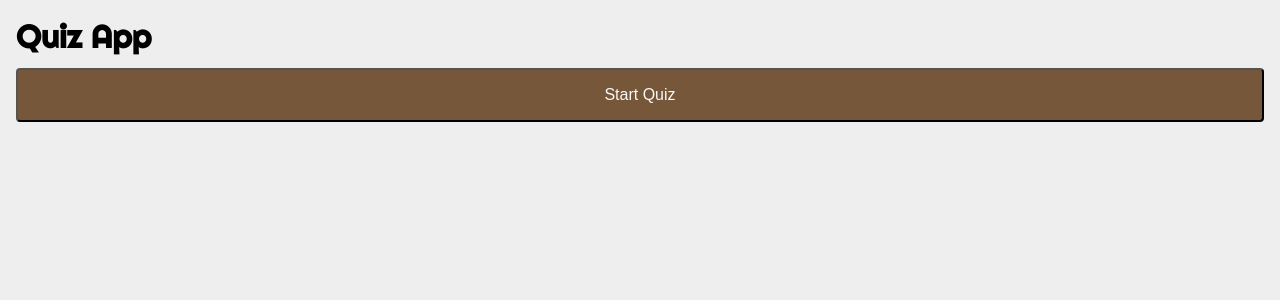
Repository: alemunden/Trash-Scavengers
Page: /QuizBegin
An editor plug-in stored every save of this project. The page is shown before and after the next save, followed by the edit.
The browser window is 1280 px wide. The pictures show the whole page.
The project was rebuilt for these pictures with package versions that can differ from the ones it lists, and the page was loaded fresh each time. The framework's server and built-in components were replaced by stand-ins that run in the browser. Also part of the build but not shown: next.config.mjs, components/Button/Button.module.css.

Above is the page before, as saved 2024-04-07 19:19:34.

### pages/QuizBegin.js
import styles from "@/styles/QuizBegin.module.css";
import Link from 'next/link'
import Button from "@/components/Button";

export default function QuizBegin() {
  return (
      <main className={styles.main}>
        <link rel="preconnect" href="https://fonts.googleapis.com"/>
        <link rel="preconnect" href="https://fonts.gstatic.com" crossorigin/>
        <link href="https://fonts.googleapis.com/css2?family=Righteous&display=swap" rel="stylesheet"/>
        <div>
            <h1 className={styles.quizHeader}>Quiz App</h1>
            <Link href='/quiz'>
                <Button buttonText={'Start Quiz'} bgColor="#765739"/>
            </Link>
        </div>
      </main>
  );
}

### styles/globals.css
:root {
  --white: #eee;
  --black: #000925;
}

* {
    box-sizing: border-box;
    padding: 0;
    margin: 0;
}

html, body {
    overflow-x: hidden;
    background-color: var(--white);
}

main {
    padding: 1rem;
}

h3 {
    padding-bottom: 2rem;
    color: #000105;
    font-size: 1.8rem;
}

button {
    padding: 16px 8px;
    width: 100%;
    margin-top: 12px;
    font-size: 1rem;
    border-radius: 4px;
    cursor: pointer;
    background-color: #808080;
    color: #f8f8f8;
}

.btn-disabled {
    background-color: lightgray;
}

li {
    list-style-type: none;
    cursor: pointer;
    margin: 9px 0;
    padding: 16px 8px;
    color: #000105;
    border: 1px solid lightgray;
}

.liHover:hover {
    background-color: #d8d8d8;
    columns: #fff;
}

.liSelected {
    color: #fff;
    background-color: #000925;
}

.container {
    max-width: 740px;
    width: 100%;
    margin: auto;
    padding: 1rem;
}

.quizContainer {
    background-color: #f8f8f8;
    padding: 1rem;
    margin-top: 2rem;
    border-radius: 4px;
}

.container p {
    padding: 8px 0;
}

### styles/QuizBegin.module.css
.main {
    padding: 1rem;
}

.quizHeader {
    font-family: "Righteous", sans-serif;
}

### components/Button/index.js
import styles from './Button.module.css'

export default function Button({buttonText, bgColor}) {
    return(
        <>
            <button style={{backgroundColor: bgColor}}>
                {buttonText}
            </button>
        </>
    )
}

Loaded but not shown: pages/_app.js (common file); pages/_document.js (common file)

After the next save:
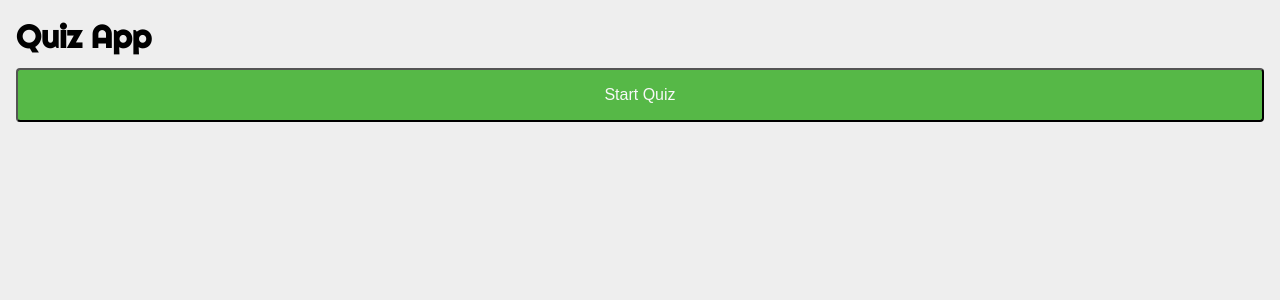
Saved 52 s later.
--- a/pages/QuizBegin.js
+++ b/pages/QuizBegin.js
@@ -11,7 +11,7 @@ export default function QuizBegin() {
         <div>
             <h1 className={styles.quizHeader}>Quiz App</h1>
             <Link href='/quiz'>
-                <Button buttonText={'Start Quiz'} bgColor="#765739"/>
+                <Button buttonText={'Start Quiz'} bgColor="#56B847"/>
             </Link>
         </div>
       </main>
